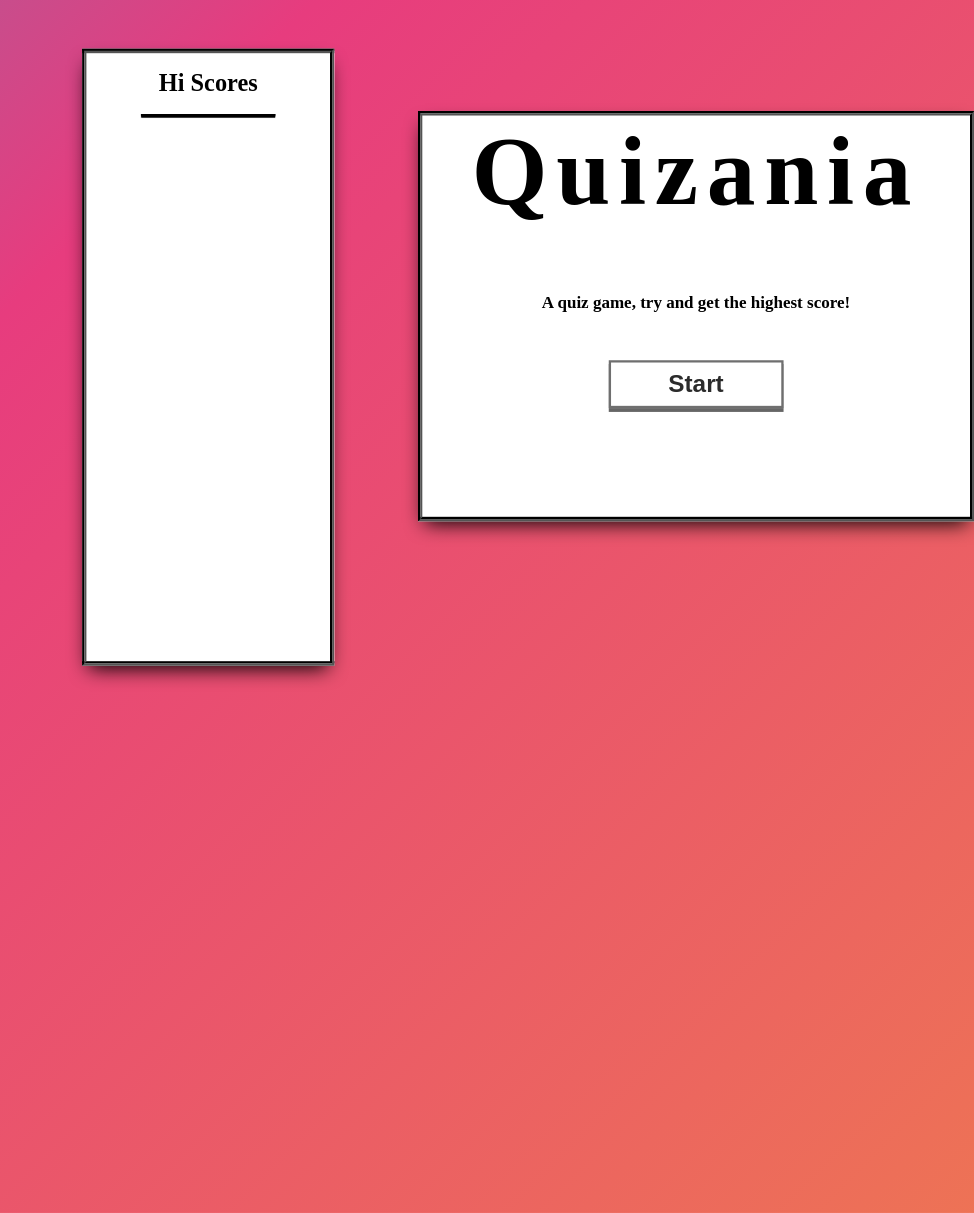
Repository: PatrickTheCodeGuy/QuizApp
Page: / (app in quizapp/)
The author's editor kept a copy of each file at every save. The page is drawn from the files as they stood at one save, then again after the next save.
The browser window is 1280 px wide. The page is 1282 px wide, so the pictures cover 1282 px, including what lies to the right of the window. The pictures show the whole page, at 76% of full size.
The first visible `.button-start` is being pressed.
The project was rebuilt for these pictures with package versions that can differ from the ones it lists, and the page was loaded fresh each time.

Above is the page before, as saved 2021-07-08 15:09:10.

After the next save:
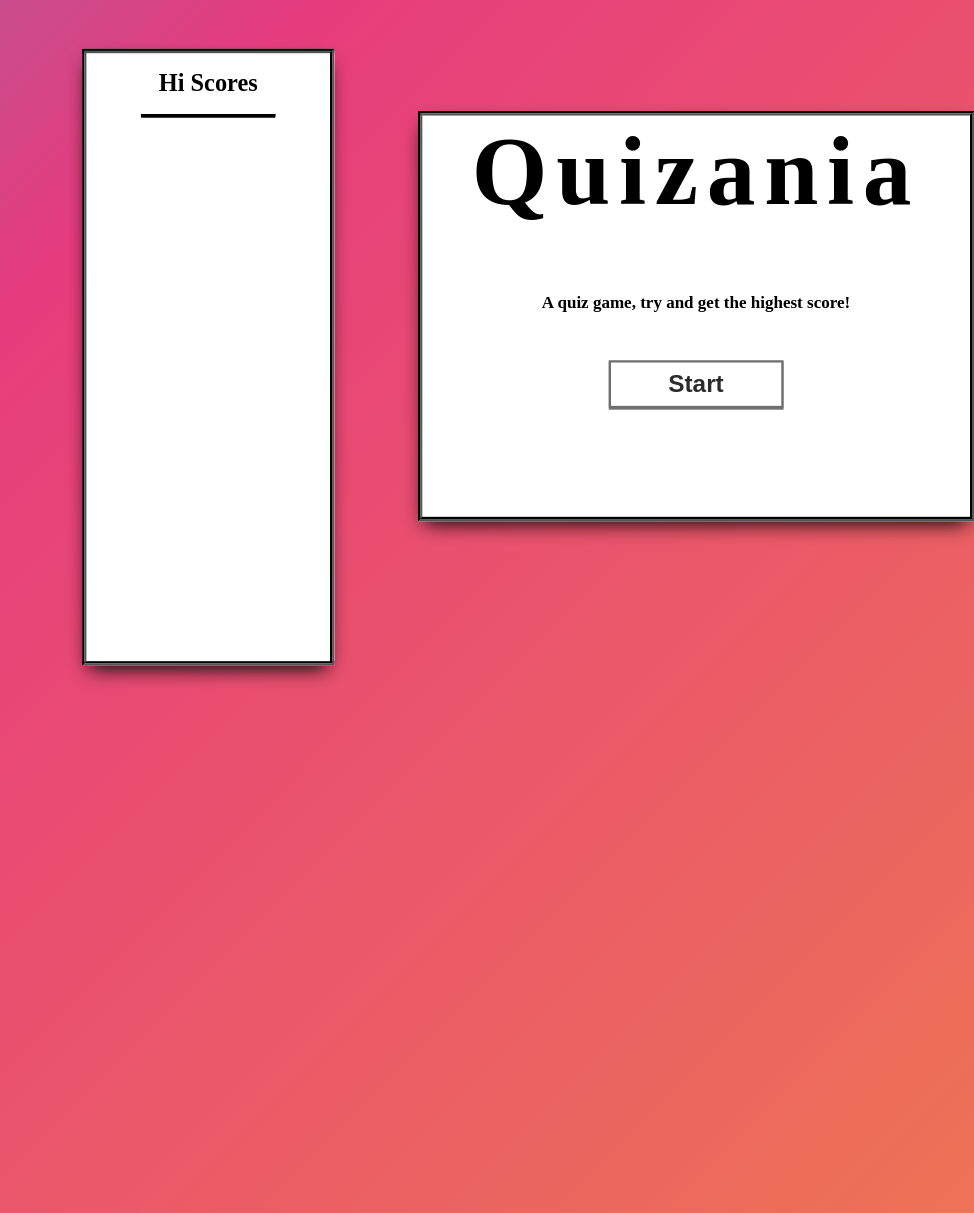
Saved 16 s later.
--- a/quizapp/src/components/StartMenu/StartMenu.css
+++ b/quizapp/src/components/StartMenu/StartMenu.css
@@ -30,7 +30,7 @@
 }
 
 .button-start:active {
-    box-shadow: 0 5px #666;
+    box-shadow: 0 2px #666;
     border: 3px solid rgba(0, 0, 0, 0.564);
     background: white;
     width: 32%;
